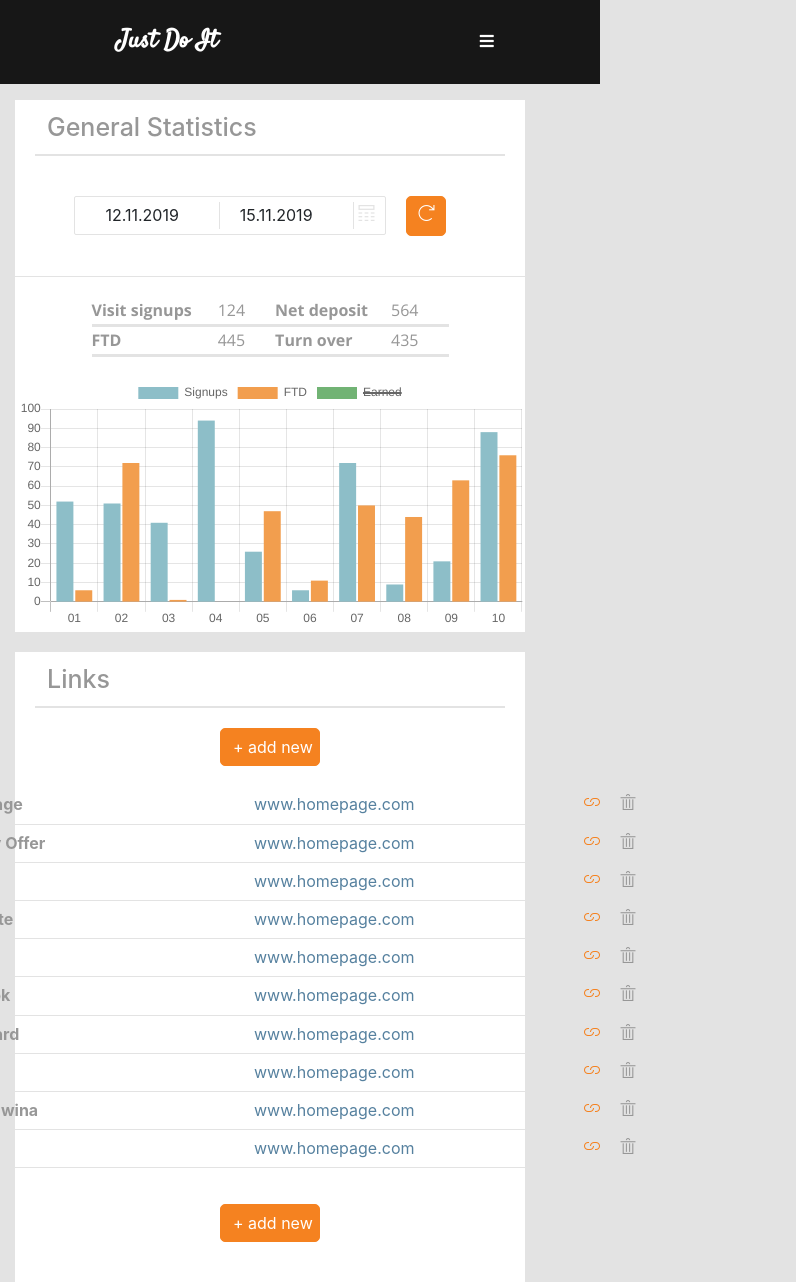
Repository: OllaWilk/wwwJustDoIt
Page: index.html
The author's editor kept a copy of each file at every save. The page is drawn from the files as they stood at one save, then again after the next save.
The browser window is 600 px wide. The page is 646 px wide, then 796 px, then 646 px, so the pictures cover 796 px, including what lies to the right of the window. The pictures show the whole page.
Some web libraries are served in a nearby version. The style sheet was rebuilt from its Sass, Less or Tailwind sources for each picture, by a compiler version that may differ from the author's.

Above is the page before, as saved 2019-12-25 16:16:34.

### index.html
<!DOCTYPE html>
<html lang=”en”>
    <head>
        <meta charset=”utf-8”>
        <meta name="viewport" content="width=device-width, initial-scale=1.0">
        <meta http-equiv="X-UA-Compatible" content="ie=edge">
        <meta name="description" content="Projekt indywidualny z kursu Kodilla">
        <meta name="keywords" content="kodilla, indiwidual, project">
        <title>Just Do It - soloProject</title>
            <link href="https://use.fontawesome.com/releases/v5.7.2/css/all.css" rel="stylesheet">
            <link href="https://fonts.googleapis.com/css?family=Open+Sans:400,400i,700|Satisfy&display=swap&subset=latin-ext" rel="stylesheet">
            <link rel="stylesheet" href="https://stackpath.bootstrapcdn.com/bootstrap/4.1.3/css/bootstrap.min.css" integrity="sha384-MCw98/SFnGE8fJT3GXwEOngsV7Zt27NXFoaoApmYm81iuXoPkFOJwJ8ERdknLPMO" crossorigin="anonymous">
            <link rel="stylesheet" href="css/style.css">
            <link rel="stylesheet" href="vendor/css/Glyphter.css">
        </head>
    <body>
        <nav class = "navigation">
            <div class = "navigationWraper">
                <div class  ="navigationTop">
                    <h1 class = "logo">Just Do It</h1>
                    <i id="hamburger" class="fas fa-bars"></i>
                </div>
                <div = class="navigationWraperMobile">
                    <ul>
                        <li><i id="start" class="icon-general"></i><a class="menuButon" href="index.html">General</a></li>
                        <li><i id="details" class="icon-details"></i><a class="menuButon" href="index.html">Details </a></li>
                        <li><i id="links" class="icon-links"></i><a class="menuButon" href="index.html">Links</a></li>
                        <li><i id="banners" class="icon-banners"></i><a class="menuButon" href="index.html">Banners</a></li>
                        <li><i id="personal data" class="icon-personaldata"></i><a class="menuButon" href="index.html">Personal Data</a></li>
                        <li><i id="payout" class="icon-payout"></i><a class="menuButon" href="index.html">Payout</a></li>
                        <li><i id="postback" class="icon-postback"></i><a class="menuButon" href="index.html">Postback</a></li>
                    </ul>
                    <div class = "menagoImg">
                        <h2>Your Manager</h2>
                        <a class="menuButon" href = "index.html">
                            <img src="images/business-woman-746766_1920.jpg">
                        </img>Luisa</a>
                    </div>
                </div>
            </div>
        </nav>

        <div class= "topMenu">
            <div class = "topMenuWrapper">
                <div class= "iconsTopMenu">
                    <i id="wallet" class="icon-wallet"></i>
                    <h3>$ 1,5000</h3>
                    <i id="arrowDown" class="icon-arrow-down-small"></i>
                </div>
                <div class= "iconsTopMenu">
                    <i id="notification" class="icon-notification"></i>
                </div>
                <div class= "iconsTopMenu">
                    <i id="profile" class="icon-profile"></i>
                    <p>Jan Kowalski</p>
                </div>
                <div class= "iconsTopMenu">
                    <i id="start" class="icon-quit"></i>
                </div>
            </div>
        </div>

        <section class = "container">
            <div class = "section  mainPage">
                <h2  class="title">General Statistics</h2>
                <div class="dates">
                    <div class="datesConteiner">
                        <div class="dateStart">12.11.2019</div>
                        <div class="dateEnd">15.11.2019 </div>
                        <i id="calendar" class="icon-calendar"></i>
                    </div>
                    <a href="index.html" id="refresh" class="btnRefrsh btn icon-refresh"></a>
                </div>
                <div class="statistic">
                    <div class="legendWrap">
                        <table>
                            <tr>
                              <td class="visitSignups">
                                <h3>Visit signups</h3>
                                <p>124</p>
                              </td>
                              <td class="netDeposit">
                                <h3>Net deposit</h3>
                                <p>564</p>
                              </td>
                            </tr>
                            <tr>
                              <td class="FTD">
                                <h3>FTD</h3>
                                <p>445</p>
                              </td>
                              <td class="turnOver">
                                <h3>Turn over</h3>
                                <p>435</p>
                              </td>
                            </tr>
                        </table>
                    </div>
                    <canvas id="myChart"></canvas>
                </div>
            </div>

            <div class = "section links">
                <h2  class="title">Links</h2>
                <div class="btnWraper">
                    <a href="index.html" id="refresh" class="btn btnAddNew">+ add new</a>
                </div>
                <div class = "linkWraper">
                    <ul>
                        <li>
                            <p>Home Page</p>
                            <a href="index.html">www.homepage.com</a>
                            <i id="start" class="colorLinks icon-links"></i>
                            <i id="start" class="icon-trash"></i>
                        </li>
                        <li>
                            <p>Curently Offer</p>
                            <a href="index.html">www.homepage.com</a>
                            <i id="start" class="colorLinks icon-links"></i>
                            <i id="start" class="icon-trash"></i>
                        </li>
                        <li>
                            <p>Blurpix</p>
                            <a href="index.html">www.homepage.com</a>
                            <i id="start" class="colorLinks icon-links"></i>
                            <i id="start" class="icon-trash"></i>
                        </li>
                        <li>
                            <p>Youre Site</p>
                            <a href="index.html">www.homepage.com</a>
                            <i id="start" class="colorLinks icon-links"></i>
                            <i id="start" class="icon-trash"></i>
                        </li>
                        <li>
                            <p>Google</p>
                            <a href="index.html">www.homepage.com</a>
                            <i id="start" class="colorLinks icon-links"></i>
                            <i id="start" class="icon-trash"></i>
                        </li>
                        <li>
                            <p>Facebook</p>
                            <a href="index.html">www.homepage.com</a>
                            <i id="start" class="colorLinks icon-links"></i>
                            <i id="start" class="icon-trash"></i>
                        </li>
                        <li>
                            <p>Dashboard</p>
                            <a href="index.html">www.homepage.com</a>
                            <i id="start" class="colorLinks icon-links"></i>
                            <i id="start" class="icon-trash"></i>
                        </li>
                        <li>
                            <p>Blurax</p>
                            <a href="index.html">www.homepage.com</a>
                            <i id="start" class="colorLinks icon-links"></i>
                            <i id="start" class="icon-trash"></i>
                        </li>
                        <li>
                            <p>Piece of wina</p>
                            <a href="index.html">www.homepage.com</a>
                            <i id="start" class="colorLinks icon-links"></i>
                            <i id="start" class="icon-trash"></i>
                        </li>
                        <li>
                            <p>Twitter</p>
                            <a href="index.html">www.homepage.com</a>
                            <i id="start" class="colorLinks icon-links"></i>
                            <i id="start" class="icon-trash"></i>
                        </li>
                    </ul>

                </div>
                <div class="btnWraper">
                    <a href="index.html" id="refresh" class="btn btnAddNew">+ add new</a>
                </div>
            </div>
        </section>

        <script src="https://cdnjs.cloudflare.com/ajax/libs/Chart.js/2.4.0/Chart.min.js"></script>
        <script src="js/script.js"></script>
    </body>
</html>

### js/script.js
const hamburgerMenuLeft = document.getElementById('hamburger');
const mobileMenu = document.querySelector('navigationWraperMenu');

hamburger.addEventListener('click', function(){
    mobileMenu.classList.toggle('active');
});

var ctx = document.getElementById('myChart').getContext('2d');

var chart = new Chart(ctx, {
    // 1
    type: 'bar',
    data: {
        // 2
        labels: ["01", "02", "03", "04", "05", "06", "07", "08", "09", "10"],
        // 3
        datasets: [{
            // 4
            label: "Signups",
            // 5
            backgroundColor: '#8DBEC8',
            borderColor: '#8DBEC8',
            // 6
            data: [ 52, 51, 41, 94, 26, 6, 72, 9, 21, 88 ],
        },
        {
            label: "FTD",
            backgroundColor: '#F29E4E',
            borderColor: '#F29E4E',
            data: [ 6, 72, 1, 0, 47, 11, 50, 44, 63, 76 ],
        },
        {
            label: "Earned",
            backgroundColor: '#71B374',
            borderColor: '#71B374',
            data: [ 59, 49, 68, 90, 67, 41, 13, 38, 48, 48 ],
            // 7
            hidden: true,
        }]
    },
});

### sass/style.scss
/*importy styli*/
@import "variables";
@import "mixins";

@import "normalize";
@import "layout";

@import "sections/leftNavigtation";
@import "sections/topUserMenu";

@import "pages/mainPage";
@import "pages/links";
@import "components/mediaQuery";

### sass/_variables.scss
/*stałe graficzne*/
/*colors*/
$color-dark: #171717;
$color-light: #ffffff;
$color-buttonGreyDark: #979797;
$color-buttonGreyLight: #bbbbbb;
$color-buttonDisable: #e4e4e4;
$color-background: #E3E3E3;
$color-buttonOrangeDark: #F58220;
$color-buttonOrangeLight: #FFA200;
$color-onlineButton: #04AE00;
$color-notificationClicked: #74B67A;
$color-notificationUnclicked: #96CC9B;
$color-buttonNegativeClicked: #DE5252;
$color-buttonNegativeUnclicked: #EC7171;
$color-links: #56819F;
$color-strongRed: #FF0000;

/*font sizes*/

$paragraph-font-size: 16px;

/*fonts*/
$logo: 'Satisfy', cursive;
$brand-font: "Open Sans", Helvetica, Arial;
$default-font: 'Roboto', sans-serif;

### sass/_mixins.scss
/*buttons*/
.btn {
  display: inline-block;
  border-radius: 5px;
  font-size: 16px;
  text-align: center;
  text-decoration: none;
  cursor: pointer;
  border: 1px solid $color-buttonOrangeDark;
  background-color: $color-buttonOrangeDark;
  color: $color-light;
  width: 100px;
  &:hover {
    background-color: $color-light;
    color: $color-buttonGreyDark;
    border: 1px solid $color-buttonGreyDark;
  }
}


.btnRefrsh {
  width: 40px;
  height: 40px;
  margin: 20px;
}

@mixin flex-center {
  display: flex;
  justify-content: center;
}

/*links*/

### sass/_layout.scss
/*Global*/
html {
    box-sizing: border-box;
}

*, *::before, *::after {
    box-sizing: inherit;
}

body {
    margin: 0;
    background-color: $color-background;
    font-size: 16px;
    line-height: 1.7;
    display: flex;
}

.container {
    width: calc(100% - 240px); //NIE DZIAŁA DLACZEGO?
    top: 70px;
    left: 240px;
    position: absolute;
    z-index: -1;
}

.section {
    background-color: $color-light;
    //width: 141%; //tu musi być 141% bo szerokość kontenera nie mogę zmienić
}

### sass/sections/_leftNavigtation.scss
.navigation {
    width: 240px;
    height: 100vh;
    position: fixed;
    background-color: $color-dark;
    color: $color-light;
    padding: 10px;

}

.navigationWraper {
    font-family: $brand-font;
    ul {
        font-size: 16px;
        list-style-type: none;
        color: $color-background;
        li {
            margin: 20px 0px;
            padding:10px;
            &:hover {
                border-left: 4px solid $color-buttonOrangeDark;
            }
        }
    }
}

.navigationTop {
        display: flex;
        align-items: baseline;
        i {
            font-size: 16px;
            margin-left: 70px;
            cursor: pointer;
            &:hover {
                color: $color-buttonOrangeDark;
        }
    }
}

.logo {
    font-family: $logo;
    font-size: 25px;
    font-weight: 600;
    margin-left: 10px;
}

.menuButon {
    color: $color-background;
    font-family: $brand-font;
    font-size: 16px;
    margin: 0 10px;
    text-decoration: none;
    &:hover {
        color: $color-background;
        text-decoration: none;
    }
}

.menagoImg {
    h2 {
        font-size: 25px;
        font-weight: 600;
        color: $color-background;
        margin: 25px 0 10px 10px;
    }
    a {
        img {
            border-radius: 50%;
            height: 55px;
            width: 55px;
            margin: 20px;
        }

    }
}

### sass/sections/_topUserMenu.scss
.topMenu {
    background-color: $color-light;
    width: calc(100% - 240px);
    height: 50px;
    margin-left: 240px;
    position: fixed;
}

.topMenuWrapper {
    display: flex;
    float: right;
    width: auto;
    margin: 5px 10px;
}

.iconsTopMenu {
    display: flex;
    align-items: baseline;
    border-left: 2px solid $color-background;
    padding: 10px 20px 0 20px;
    i {
        display:inline-block;
    }
    h3 {
        font-size: 20px;
        margin: 0 10px;
        font-weight: bold;
        font-family: $default-font;
    }
    p{
        font-size: 16px;
        margin: 0 10px;
        font-family: $default-font;
    }
}

/*UWAGI
inny krótszy zapisz gdzie p z 52 linijki html jest zamienione na h3: nie działa :first-child a działa :last-child

.iconsTopMenu {
    display: flex;
    align-items: baseline;
    border-left: 2px solid $color-background;
    padding: 10px 20px 0 20px;
    i {
        display:inline-block;
    }
    h3 {
        font-size: 16px;
        margin: 0 10px;
        font-weight: bold;
        :first-child{
            font-weight: bold;
        }
    }
}

*/

### sass/pages/_mainPage.scss
.title {
    color: $color-buttonGreyDark;
    font-weight: 550;
    font-size: 25px;
    border-bottom: 2px solid $color-background;
    padding: 12px;
    margin: 0 20px;
}

//Daty

.dates {
    display: flex;
    justify-content: center;
    padding: 20px 30px;
    align-items: baseline;
    border-bottom: 1px solid $color-background;
}

.datesConteiner {
    padding: 5px 10px;
    border: 1px solid $color-background;
    border-radius: 2px;
    display: flex;
    align-items: baseline;
    div {
        border-right: 1px solid $color-background;
        padding-left: 20px;
        padding-right: 40px;
        font-size: 16px;
    }
    i {
        color: $color-background;
        padding-left: 5px;
    }
}

.legendWrap {
    table {
      margin: 20px auto;
      width: 70%;
      border-spacing: 25px; //dlaczego nie działasz?
      tr {
        td {
          position: relative;
          padding: 0;
          border-bottom: 3px solid $color-background;
          width: auto;
          h3, p {
            display: inline;
            font-family: $brand-font;
            font-size: 16px;
            font-weight: bold;
            color: $color-buttonGreyDark;
            padding-right:  30px;
          }
          p {
            position: absolute;
            right: 0;
            margin: 0;
            font-weight: 500;
          }
        }
      }
    }
  }

### sass/pages/_links.scss

//Linki
.links {
    margin-top: 20px;
    padding-bottom: 20px;
}

.btnWraper {
    display: flex;
    justify-content: center;
}

.btnAddNew {
    margin: 20px;

}

.linkWraper {
    font-size: 16px;
    color: $color-buttonGreyDark;
    display: flex;
    justify-content: center;

    ul {
        li {
            display: flex;
            align-items: baseline;
            border-bottom: 1px solid $color-background;
            &:hover {
                background-color: $color-background;
            }
            p {
                font-weight: bold;
                margin: 5px 0;
                width: 320px;
            }
        }
    }
    a {
        color: $color-links;
        text-decoration: none;
        width: 320px;
    }
    i {
        margin: 0 10px;
    }
}

.colorLinks {
    color: $color-buttonOrangeDark;
    margin-left: 320px;
}

### sass/components/_mediaQuery.scss
@media (max-width: 750px) {

    .topMenuWrapper {
        display: none;
    }

    .navigation  {
        width: 100%;
        height: auto;
    }

    .navigationTop {
        justify-content: space-around;
    }

    .navigationWraperMobile {
        display: none;
    }

    .navigationWraperMobile.active {
        display: block;
        position: fixed;
        height: 100%;
        background-color: $color-dark;
        z-index: 1;
        line-height: 0;

    }

    .container {
        left: 0;
        width: 100%;
        top: 100px;
    }

    .topMenu {
        z-index: -1;
    }
}

Loaded but not shown: vendor/css/Glyphter.css (common file); sass/_normalize.scss (common file)

After the next save:
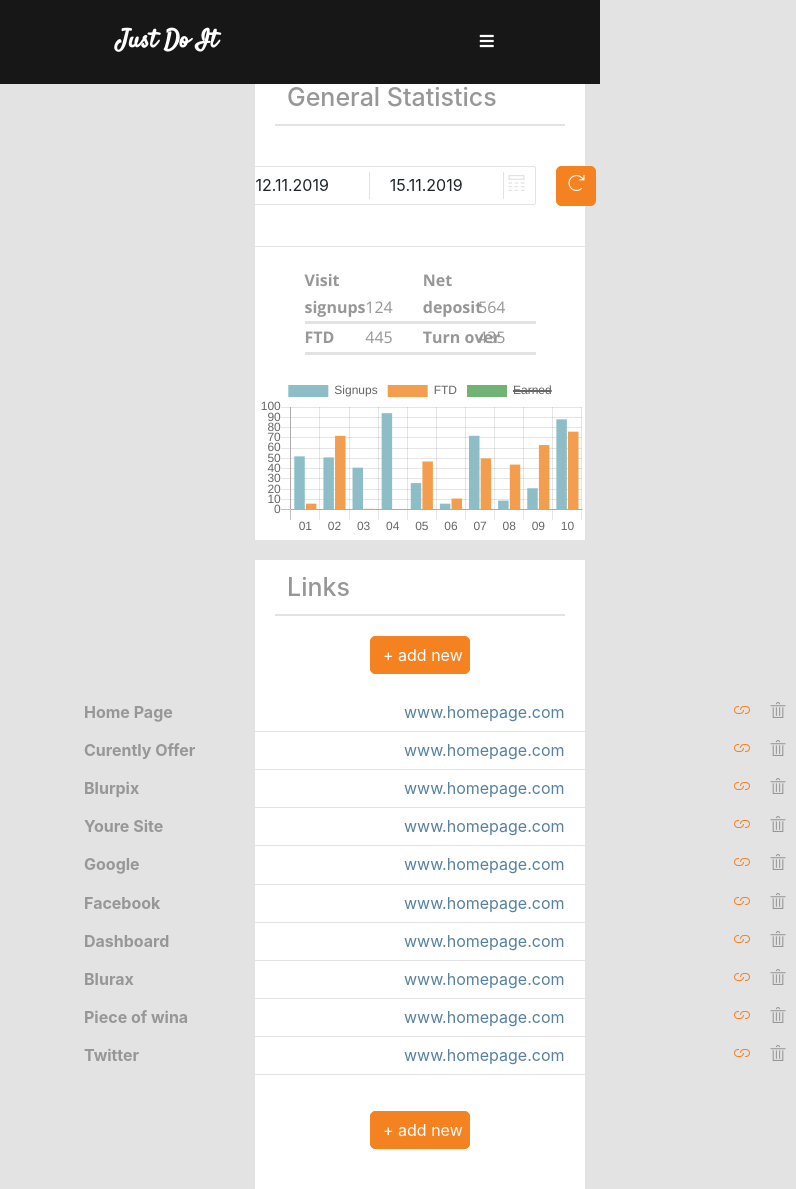
Saved 99 s later.
--- a/sass/components/_mediaQuery.scss
+++ b/sass/components/_mediaQuery.scss
@@ -27,7 +27,7 @@
 
     }
 
-    .container {
+    .section {
         left: 0;
         width: 100%;
         top: 100px;

After the save that followed:
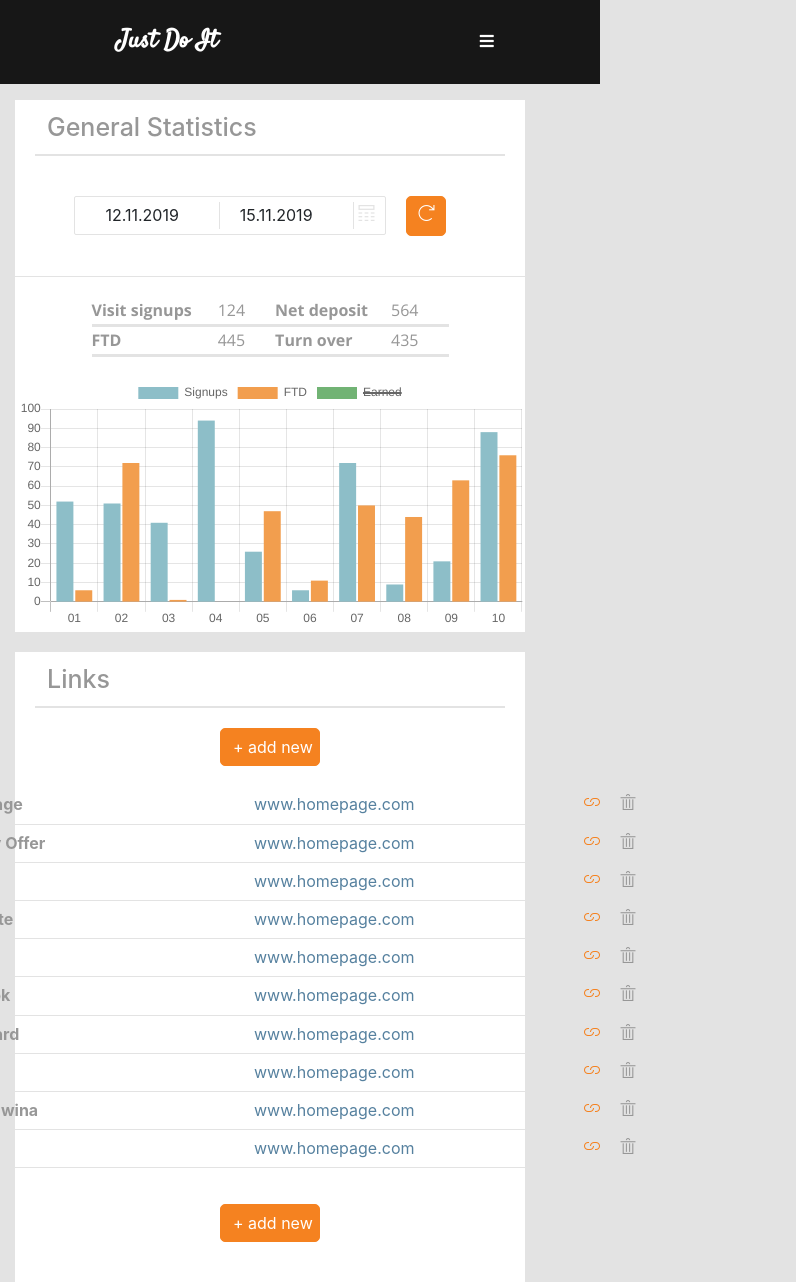
Saved 6 s later.
--- a/sass/components/_mediaQuery.scss
+++ b/sass/components/_mediaQuery.scss
@@ -27,7 +27,7 @@
 
     }
 
-    .section {
+    .container {
         left: 0;
         width: 100%;
         top: 100px;
